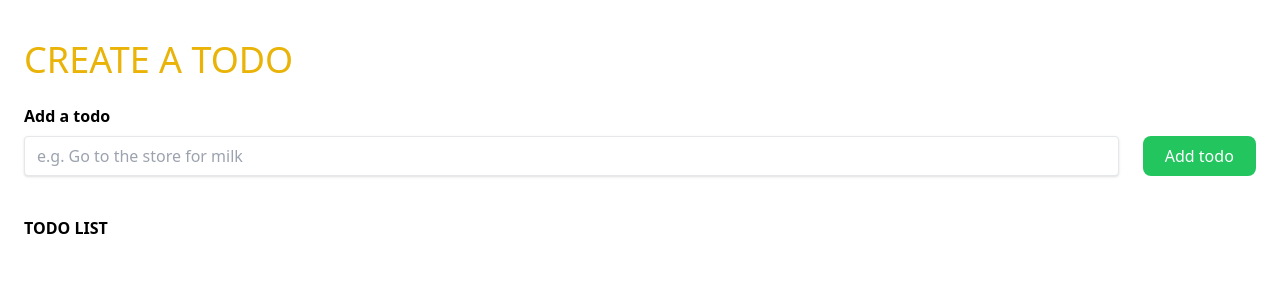
Repository: Kajo-lab/vue-todo
Page: /
These files come from the project's save history. The page is drawn as it stood at one moment and after the next save; the edit follows.
The browser window is 1280 px wide. The pictures show the whole page.
The project was rebuilt for these pictures with package versions that can differ from the ones it lists, and the page was loaded fresh each time. Also part of the build but not shown: vite.config.js, webpack.config.js.

Above is the page before, as saved 2022-07-07 18:38:49.

### src/main.js
import { createApp } from 'vue'
import App from './App.vue'
import "./assets/tailwind.css";

createApp(App).mount('#app')

### src/App.vue
<script setup>
import { ref, onMounted, computed, watch } from 'vue'

const todos = ref([])
const name = ref('')

const input_content = ref('')

const todos_asc = computed(() => todos.value.sort((a,b) =>{
	return a.createdAt - b.createdAt
}))

watch(name, (newVal) => {
	localStorage.setItem('name', newVal)
})

watch(todos, (newVal) => {
	localStorage.setItem('todos', JSON.stringify(newVal))
}, {
	deep: true
})

const addTodo = () => {
  if (input_content.value.trim() === '') {
    return
  }

	todos.value.push({
		content: input_content.value,
		done: false,
		editable: false,
		createdAt: new Date().getTime()
	})

	input_content.value = ''
}

const removeTodo = (todo) => {
	todos.value = todos.value.filter((t) => t !== todo)
}

onMounted(() => {
	name.value = localStorage.getItem('name') || ''
	todos.value = JSON.parse(localStorage.getItem('todos')) || []
})
</script>

<template>

<main>
	<div class="relative bg-white px-6 pt-10 pb-8">
		<section class="mb-10">
		<h1 class="text-4xl text-yellow-500 mb-6">CREATE A TODO</h1>
				<h3 class="mb-2 font-bold">Add a todo</h3>
				<form id="new-todo-form" class="flex gap-6" @submit.prevent="addTodo">
					<input
						class="shadow appearance-none border rounded w-full py-2 px-3 text-gray-700 leading-tight focus:outline-none focus:shadow-outline"
						type="text"
						name="content"
						id="content"
						placeholder="e.g. Go to the store for milk"
						v-model="input_content" />

					<input type="submit" value="Add todo" class="h-10 w-32 text-white rounded-lg bg-green-500 hover:bg-green-600"/>
				</form>
		</section>

		<section>
				<h3 class="mb-2 font-bold">TODO LIST</h3>
				<div id="todo-list">


					<div class="flex mb-4" v-for="todo in todos_asc" :class="`todo-item ${todo.done && 'done'}`">

						<label>
							<input type="checkbox" v-model="todo.done" class="bg-gray-200 hover:bg-gray-300 cursor-pointer
									w-6 h-6 border-3 border-amber-500 checked:bg-green-500 focus:outline-none rounded-lg"/>
						</label>
						<div class="todo-content flex gap-x-4 items-center py-2">
							<input
							class="shadow appearance-none border-none rounded w-full py-2 px-3 text-gray-700 leading-tight focus:outline-none focus:shadow-outline"
							type="text"
							v-model="todo.content" />

							<button class="h-10 w-20 text-white rounded-lg bg-red-500 hover:bg-red-600" @click="removeTodo(todo)">Delete</button>
						</div>
					</div>

				</div>
		</section>
	</div>

</main>





</template>

<style src="./assets/tailwind.css"></style>

### src/assets/tailwind.css
@tailwind base;
@tailwind components;
@tailwind utilities;


.bubble {
	display: flex;
	align-items: center;
	justify-content: center;
	width: 20px;
	height: 20px;
	border-radius: 50%;
	border: 2px solid var(--business);
	box-shadow: var(--business-glow);
}


.todo-item label {
    @apply block mr-4 cursor-pointer ;
}


.todo-item.done .todo-content input {
	text-decoration: line-through;
	color: green;
}

Loaded but not shown: tailwind.config.js (common file)

After the next save:
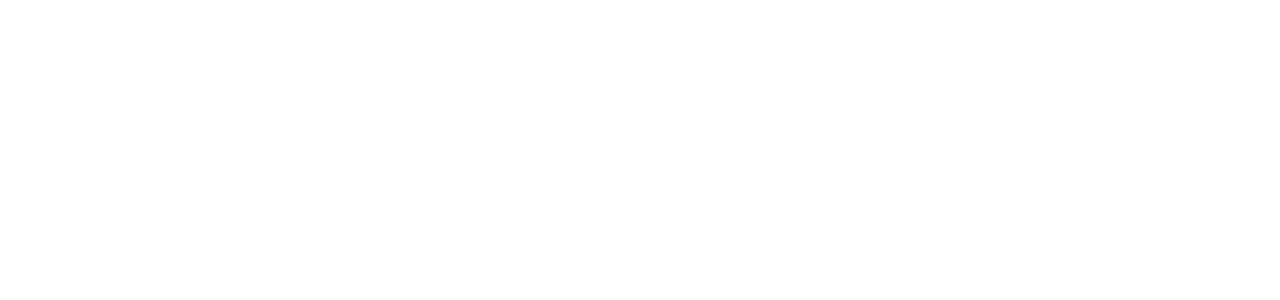
Console error: TypeError: Cannot read properties of undefined (reading 'done')
Saved 20 s later.
--- a/src/App.vue
+++ b/src/App.vue
@@ -69,13 +69,12 @@
 				<h3 class="mb-2 font-bold">TODO LIST</h3>
 				<div id="todo-list">
 
-
-					<div class="flex mb-4" v-for="todo in todos_asc" :class="`todo-item ${todo.done && 'done'}`">
-
 						<label>
 							<input type="checkbox" v-model="todo.done" class="bg-gray-200 hover:bg-gray-300 cursor-pointer
 									w-6 h-6 border-3 border-amber-500 checked:bg-green-500 focus:outline-none rounded-lg"/>
 						</label>
+					<div class="flex mb-4" v-for="todo in todos_asc" :class="`todo-item ${todo.done && 'done'}`">
+
 						<div class="todo-content flex gap-x-4 items-center py-2">
 							<input
 							class="shadow appearance-none border-none rounded w-full py-2 px-3 text-gray-700 leading-tight focus:outline-none focus:shadow-outline"

After the save that followed:
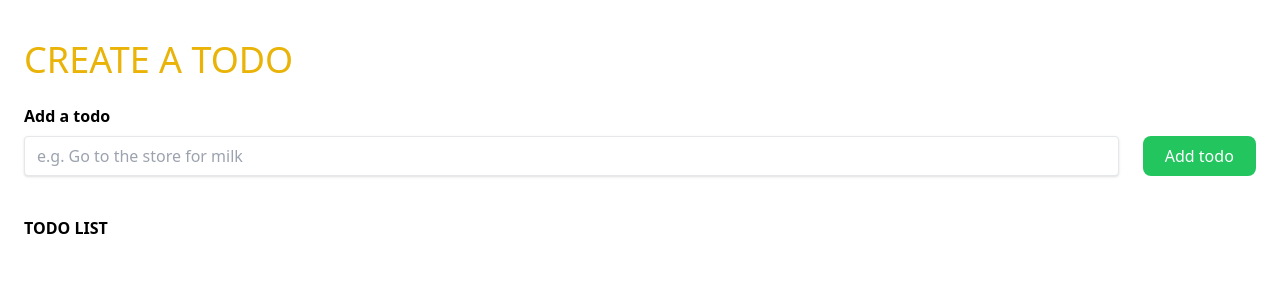
The error is gone.
Saved 4 s later.
--- a/src/App.vue
+++ b/src/App.vue
@@ -69,12 +69,12 @@
 				<h3 class="mb-2 font-bold">TODO LIST</h3>
 				<div id="todo-list">
 
+
+					<div class="flex mb-4" v-for="todo in todos_asc" :class="`todo-item ${todo.done && 'done'}`">
 						<label>
 							<input type="checkbox" v-model="todo.done" class="bg-gray-200 hover:bg-gray-300 cursor-pointer
 									w-6 h-6 border-3 border-amber-500 checked:bg-green-500 focus:outline-none rounded-lg"/>
 						</label>
-					<div class="flex mb-4" v-for="todo in todos_asc" :class="`todo-item ${todo.done && 'done'}`">
-
 						<div class="todo-content flex gap-x-4 items-center py-2">
 							<input
 							class="shadow appearance-none border-none rounded w-full py-2 px-3 text-gray-700 leading-tight focus:outline-none focus:shadow-outline"
